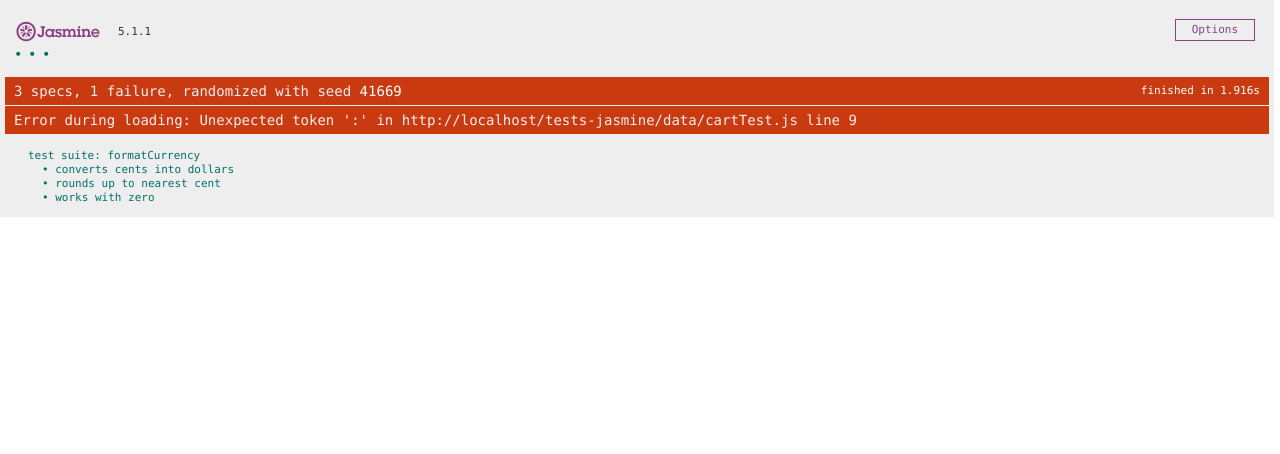
Repository: Srikeerthi05/Amazon-project
Page: tests-jasmine/tests.html
These files come from the project's save history. The page is drawn as it stood at one moment and after a run of saves; the edit follows.
The browser window is 1280 px wide. The pictures show the whole page.

Above is the page before, as saved 2025-05-25 13:46:03.
Console error: SyntaxError: Unexpected token ':'

After the next 3 saves:
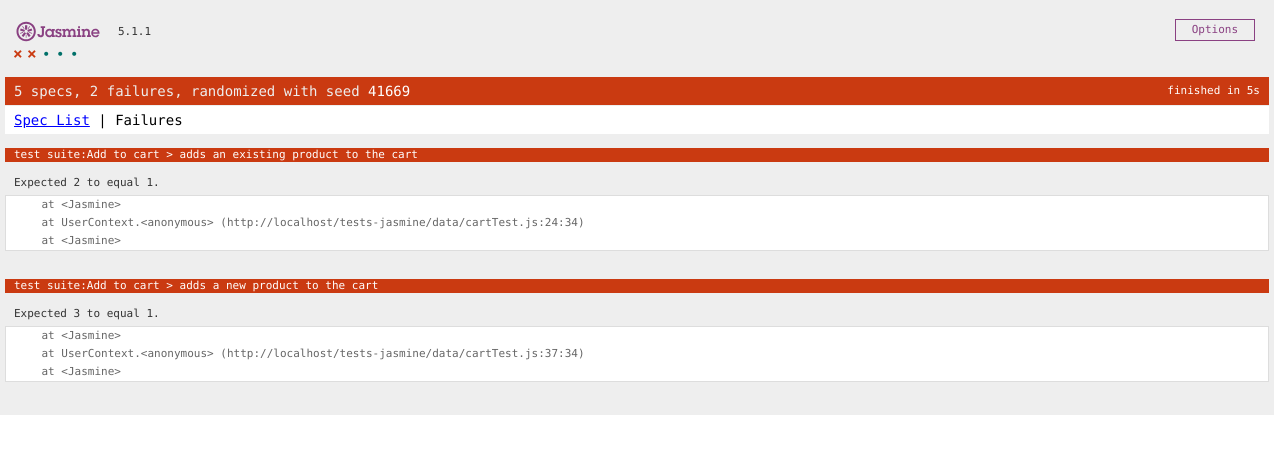
The error is gone.
The 3 saves are shown as one change because they came seconds apart.
The last was saved 12 s later.
--- a/tests-jasmine/data/cartTest.js
+++ b/tests-jasmine/data/cartTest.js
@@ -5,11 +5,11 @@
         spyOn(localStorage,'setItem');
 
         spyOn(localStorage,'getItem').and.callFake(()=>{
-            return JSON.stringify([
+            return JSON.stringify([{
              productId:'e43638ce-6aa0-4b85-b27f-e1d07eb678c6',
             quantity:1,
             deliveryOptionId:'1'
-        ]);
+        }]);
 
 
         });
